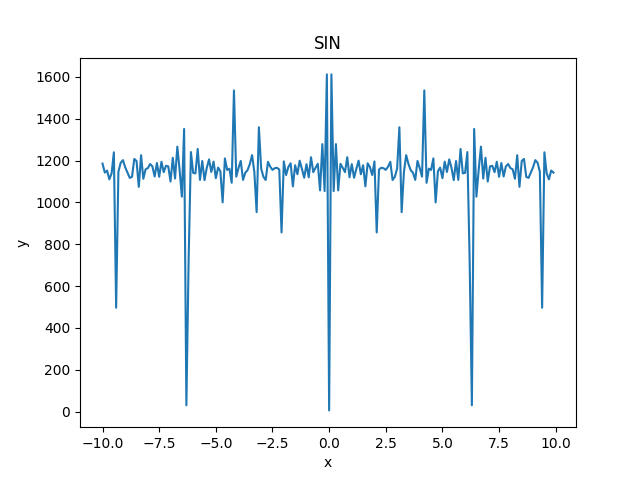
Repository: eieioF11/Python
Script's output: python project/python_sample/Fourier.py
The author's editor kept a copy of each file at every save. The script's output is drawn from the files as they stood at one save, then again after a run of saves.
Random numbers start from a fixed seed.

Above is the script's output before, as saved 2020-05-22 15:41:20.

After the next 9 saves:
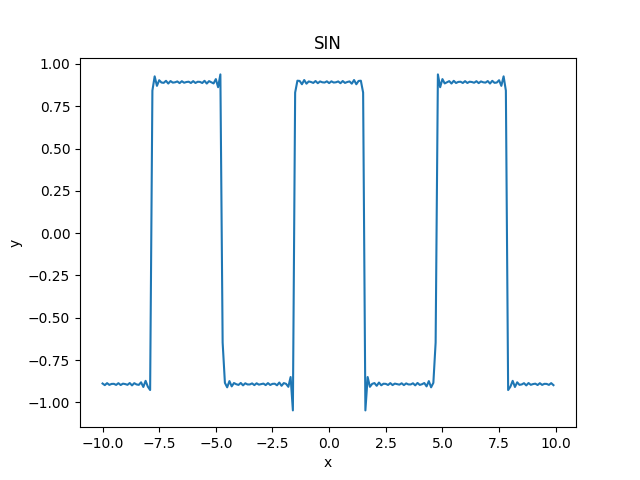
The 9 saves are shown as one change because 3 did not build or start and some came seconds apart.
The last was saved 30 s later.
--- a/project/python_sample/Fourier.py
+++ b/project/python_sample/Fourier.py
@@ -6,7 +6,7 @@ def F(t):
     k=100
     y=0
     for n in range(1,k,1):
-        y+=(1/n)**np.cos(n*t)
+        y+=(1/n)*np.sin(np.pi*n/2)*np.cos(n*t)
     y *= 1/2+2/np.pi
     return y
 
